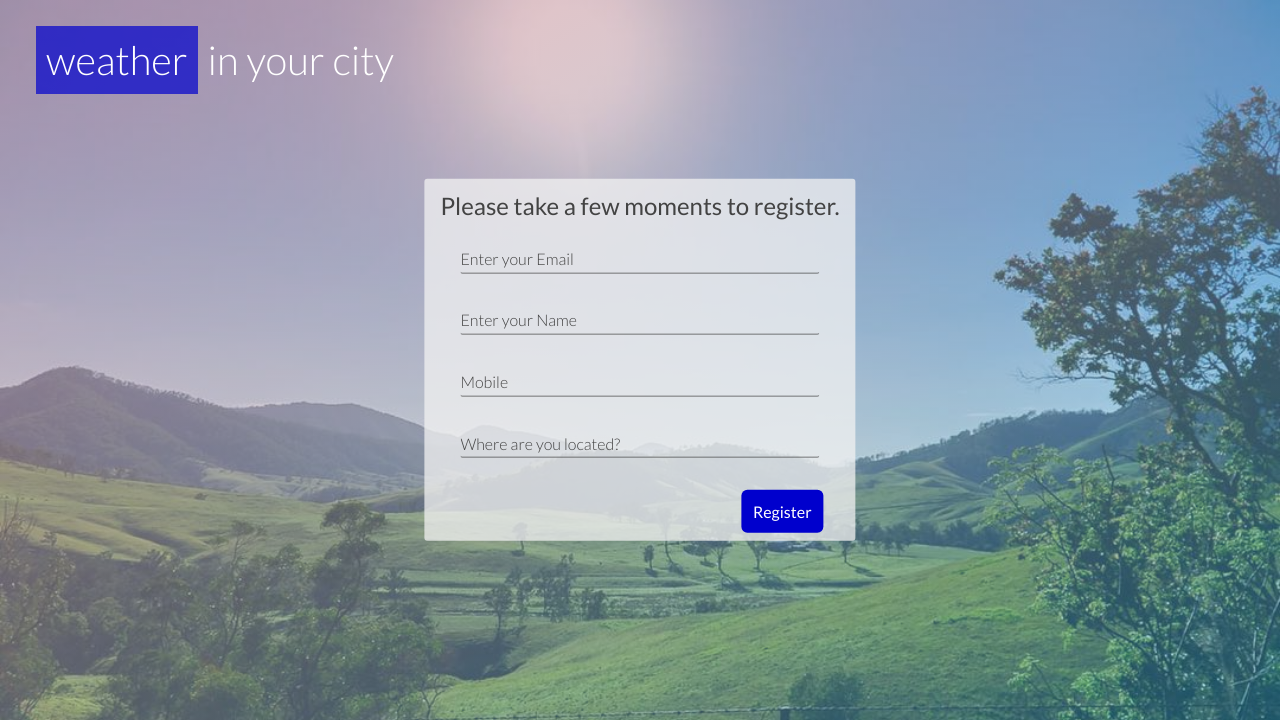
Repository: nosplashurinal/weather-app
Page: /
An editor plug-in stored every save of this project. The page is shown before and after the next save, followed by the edit.
The browser window is 1280 px wide. The pictures show the whole page.
The project was rebuilt for these pictures with package versions that can differ from the ones it lists, and the page was loaded fresh each time. Also part of the build but not shown: src/components/RecentSearches.vue, src/components/Search.vue, src/components/WeatherDataBlock.vue, src/components/Login.vue.

Above is the page before, as saved 2018-12-31 18:20:08.

### public/index.html
<!DOCTYPE html>
<html lang="en">

<head>
	<meta charset="utf-8">
	<meta http-equiv="X-UA-Compatible" content="IE=edge">
	<meta name="viewport" content="width=device-width,initial-scale=1.0">
	<link rel="icon" href="<%= BASE_URL %>favicon.ico">
	<link href="https://fonts.googleapis.com/css?family=Lato:300,400" rel="stylesheet">
	<title>weather-app</title>
</head>

<body>
	<noscript>
		<strong>We're sorry but weather-app doesn't work properly without JavaScript enabled. Please enable it to continue.</strong>
	</noscript>
	<div id="app"></div>
	<!-- built files will be auto injected -->
</body>

</html>

### src/App.vue
<template>
  <div class="root-container">
    <div class="bg" v-bind:style="{backgroundImage: `url(${bg})`}"></div>
    <div class="overlay"></div>
    <div class="title">
      <span>weather</span>
      <span>in your city</span>
    </div>
    <Login v-bind:isLoginError="isLoginError" v-if="!loginSuccess && !showRegistration" v-on:on-login="attemptLogin" v-on:open-registration="showRegistration = true" />
    <Registration v-if="showRegistration" v-on:on-success="showRegistration = false" />
    <div v-if="loginSuccess" class="search-container" v-bind:class="{resultActive: showResults}">
      <Search
        v-bind:message="message"
        v-bind:showLoading="isLoadingResults"
        v-bind:isError="isError"
        v-on:on-key-press="onClickSearch"
        v-on:on-change="onInputChange"
      />
      <transition name="ease">
        <div class="results-container" v-if="showResults">
          <WeatherDataBlock v-bind:weatherData="weatherData"/>
        </div>
      </transition>
    </div>
  </div>
</template>

<script>
import Search from "./components/Search.vue";
import WeatherDataBlock from "./components/WeatherDataBlock.vue";
import Login from "./components/Login.vue";
import Registration from "./components/Registration.vue";
import axios from "axios";

export default {
  name: "app",
  components: {
    Search,
    WeatherDataBlock,
    Login,
    Registration
  },
  data() {
    return {
      currentQueryValue: null,
      results: [],
      showResults: false,
      address: null,
      isError: false,
      message: null,
      searchQuery: null,
      isLoadingResults: false,
      units: "metric",
      weatherData: undefined,
      bg: "/images/bg.jpg",
      weatherBg: null,
      screenWidth: window.innerWidth,
      screenHeight: window.innerHeight,
      showRegistration: false,
      loginSuccess: false,
      isLoginError: false
    };
  },
  created: function() {
    if (!JSON.parse(window.localStorage.getItem("user"))) {
      this.showRegistration = true;
    }
  },
  mounted: function() {
    if (JSON.parse(window.localStorage.getItem("searches"))) {
      this.validateRecentSearches();
    }
  },
  watch: {
    async searchQuery(newQuery) {
      let storedWeatherData;
      this.showResults = false;

      // Check if anything is saved in localStorage
      if (window.localStorage.getItem("searches")) {
        // Now, check if the current query matches anything in localStorage
        storedWeatherData = this.getFromLocalStorage(newQuery);
      } else {
        // Create an empty object in localStorage
        window.localStorage.setItem("searches", null);
      }
      if (storedWeatherData) {
        this.isLoadingResults = true;
        // Translate localStorage data into the format needed to display the data
        setTimeout(
          () =>
            (this.weatherData = this.parseStoredWeatherData(
              storedWeatherData.result
            )),
          0.0001
        );
      } else {
        this.isLoadingResults = true;
        try {
          let weatherData = await this.fetchWeatherDataForCity(
            this.searchQuery
          );
          const formattedData = this.parseApiResponse(newQuery, weatherData);
          this.pushDataToLocalStorage(formattedData);
          this.weatherData = formattedData.result;
        } catch {
          this.isLoadingResults = false;
          this.isError = true;
        }
      }
    },
    weatherData() {
      this.isLoadingResults = false;
      this.showResults = true;
      this.changeBackgroundImage();
    }
  },
  methods: {
    async validateRecentSearches() {
      let storedData = window.localStorage.getItem("searches");
      let storedDataObject = JSON.parse(storedData);
      let promiseArray = [];
      let newDataObject = [];
      storedDataObject.forEach(({ result }) => {
        promiseArray.push(this.fetchWeatherDataForCity(result.name));
      });
      let responseArray = await Promise.all(promiseArray);
      responseArray.forEach((data, index) => {
        const formattedData = this.parseApiResponse(
          storedDataObject[index].query,
          data
        );
        newDataObject.push(formattedData);
      });
      window.localStorage.setItem("searches", JSON.stringify(newDataObject));
    },
    timeDifferenceBetwenNowAndDate(d) {
      const date = new Date(d * 1000);
      const now = new Date();
      return (now.getTime() - date.getTime()) / (1000 * 60);
    },
    attemptLogin(e) {
      const user = window.localStorage.getItem("user");
      if (user === e) {
        this.loginSuccess = true;
      } else {
        this.isLoginError = true;
      }
    },
    onInputChange() {
      if (this.isError) this.isError = false;
    },
    pushDataToLocalStorage(newDataItem) {
      let storedData = window.localStorage.getItem("searches");
      let storedDataObject = JSON.parse(storedData);
      let newDataObject = [];
      if (storedDataObject) {
        newDataObject = [...storedDataObject, newDataItem];
      } else {
        newDataObject.push(newDataItem);
      }
      window.localStorage.setItem("searches", JSON.stringify(newDataObject));
    },
    parseApiResponse(query, data) {
      return {
        query,
        result: {
          id: data.sys.id,
          temp: data.main.temp,
          name: data.name,
          country: data.sys.country,
          icon: data.weather[0].icon,
          description: data.weather[0].description,
          date: data.dt,
          humidity: data.wind.speed,
          wind: data.main.humidity
        }
      };
    },
    parseStoredWeatherData(data) {
      return {
        name: data.name,
        country: data.country,
        humidity: data.humidity,
        temp: data.temp,
        wind: data.wind,
        icon: data.icon,
        description: data.description,
        date: data.date
      };
    },
    getFromLocalStorage(i) {
      const localStorage = window.localStorage;
      const searchObject = JSON.parse(localStorage.getItem("searches"));
      if (searchObject) {
        return searchObject.find(item => item.query === i);
      } else {
        return null;
      }
    },
    onClickSearch(e) {
      this.searchQuery = e;
    },
    fetchWeatherDataForCity(city) {
      return new Promise((resolve, reject) => {
        axios
          .get(
            `http://api.openweathermap.org/data/2.5/weather?q=${city}&APPID=7c519880689160b16f5d233f16f2868d${
              this.units === "metric" ? "&units=metric" : ""
            }`
          )
          .then(response => {
            if (response.status === 404) {
              reject(response.err);
            } else {
              resolve(response.data);
            }
          })
          .catch(() => {
            this.isError = true;
            this.isLoadingResults = false;
            return;
          });
      });
    },
    changeBackgroundImage() {
      var newImg = new Image();
      newImg.onload = () => (this.bg = newImg.src);
      newImg.src = `https://loremflickr.com/1920/1080/${
        this.weatherData.description
      }`;
    }
  }
};
</script>

<style lang="scss" src="@/styles/app.scss">
</style>

### src/styles/app.scss
@import "./global.scss";
@import "./constants.scss";

.root-container {
  width: 100%;
  height: auto;
  overflow-y: scroll;
  overflow-x: hidden;
  font-size: 16px;
}
.bg {
  position: absolute;
  background-repeat: no-repeat;
  background-size: cover;
  background-position: center;
  -webkit-transition: background-image 500ms ease-in-out;
  transition: background-image 500ms ease-in-out;
  width: 100%;
  height: 100%;
}
.overlay {
  position: absolute;
  width: 100%;
  height: 100%;
  background-image: linear-gradient(
    to bottom right,
    rgba(230, 154, 154, 0.65),
    rgba(44, 181, 232, 0.4)
  );
}
.title {
  position: absolute;
  top: 36px;
  left: 36px;
  width: auto;
  height: auto;
  text-align: center;
  font-size: 2.5em;
  color: #fff;
  font-family: $font-primary;
  font-weight: 100;
  > span {
    padding: 0.25em;
    &:nth-child(1) {
      background-color: rgba($blue, 0.7);
    }
  }
}
.search-container {
  position: absolute;
  top: 50%;
  transform: translate(-50%, -50%);
  left: 50%;
  .results-container {
    margin-top: 4em;
    z-index: 9;
  }
}
.ease-enter-active,
.ease-leave-active {
  transition: all 900ms cubic-bezier(0, 0.57, 0.01, 0.97);
}
.ease-enter, .ease-leave-to /* .fade-leave-active below version 2.1.8 */ {
  opacity: 0;
  transform: scale(0.9) translate(0, 50px);
}
.slide-enter-active, .slide-leave-active {
  transition: opacity 350ms ease-in-out;
}
.slide-enter /* .fade-leave-active below version 2.1.8 */ {
  opacity: 0;
}

### src/styles/global.scss
html, body {
	position: relative;
	width: 100%;
	height: 100%;
}

body {
	color: #333;
	margin: 0;
	padding: 0;
	box-sizing: border-box;
	font-family: -apple-system, BlinkMacSystemFont, "Segoe UI", Roboto, Oxygen-Sans, Ubuntu, Cantarell, "Helvetica Neue", sans-serif;
}

a {
	color: rgb(0,100,200);
	text-decoration: none;
}

a:hover {
	text-decoration: underline;
}

a:visited {
	color: rgb(0,80,160);
}

label {
	display: block;
}

input, button, select, textarea {
	font-family: inherit;
	font-size: inherit;
	padding: 0.4em;
	margin: 0 0 0.5em 0;
	box-sizing: border-box;
	border: 1px solid #ccc;
	border-radius: 2px;
}

input:disabled {
	color: #ccc;
}

button {
	background-color: #f4f4f4;
	outline: none;
}

button:active {
	background-color: #ddd;
}

button:focus {
	border-color: #666;
}

p {
	margin: 0;
	padding: 0;
}

ul {
	list-style: none;
}
input:focus {
	outline: 0;
}
button {
	border: 0;
}

### src/styles/constants.scss
$blue: rgb(0, 0, 205);
$font-primary: "Lato", sans-serif;

### src/components/Registration.vue
<template>
  <div class="registration">
    <p>Please take a few moments to register.</p>
    <div class="fields-container">
      <input
        placeholder="Enter your Email"
        autofocus
        autocomplete="off"
        type="email"
        name="email"
        class="email"
        id="email"
        v-model="email"
      >
      <input
        placeholder="Enter your Name"
        autofocus
        autocomplete="off"
        type="text"
        name="name"
        class="name"
        id="name"
        v-model="name"
      >
      <input
        placeholder="Mobile"
        autofocus
        autocomplete="off"
        type="phone"
        name="mobile"
        class="mobile"
        id="mobile"
        v-model="mobile"
      >
      <input
        placeholder="Where are you located?"
        autofocus
        autocomplete="off"
        type="text"
        name="location"
        class="location"
        id="location"
        v-model="location"
      >
    </div>
    <button type="button" class="next" v-on:click="onRegister">Register</button>
  </div>
</template>
<script>
export default {
  name: "Registration",
  data() {
    return {
      email: null,
      name: null,
      mobile: null,
      location: null
    };
  },
  methods: {
    onRegister() {
      const { email, name, mobile, location } = this;
      const userObject = {
        email,
        name,
        mobile,
        location
      };
      window.localStorage.setItem("user", JSON.stringify(userObject));
      this.$emit("on-success");
    }
  }
};
</script>
<style lang="scss" src="@/styles/registration.scss">
</style>

### src/styles/registration.scss
@import "./constants.scss";

.registration {
  position: absolute;
  top: 50%;
  transform: translate(-50%, -50%);
  left: 50%;
  background: rgba(#f2f2f2, 0.75);
  border-radius: 3px;
  font-family: "Lato", sans-serif;
  padding: 0 1em;
  p {
    color: #434343;
    position: relative;
    font-size: 1.5em;
    padding: 0.5em 0;
    margin-bottom: 0.5em;
  }
  .fields-container {
    position: relative;
    padding: 0 1.25em;
    ::-webkit-input-placeholder { /* Chrome/Opera/Safari */
      color: #434343;
    }
    ::-moz-placeholder { /* Firefox 19+ */
      color: #434343;
    }
    input {
      color: #434343;
      background: transparent;
      border: 0;
      display: block;
      border-bottom: 1px solid #434343;
      font-size: 1em;
      font-weight: 300;
      margin: 0;
      width: 100%;
      height: auto;
      padding: 0;
      padding: 0.3em 0;
      margin-bottom: 2em;
      &::focus {
        background: transparent;
        border: 0;
        border-bottom: 1px solid #434343;
        outline: none;
        box-shadow: none;
      }
    }
  }
  .next {
    background: $blue;
    color: #fff;
    padding: 0.75em;
    margin-right: 1em;
    border-radius: 6px;
    cursor: pointer;
    float: right;
  }
}

Loaded but not shown: src/main.js (common file)

After the next save:
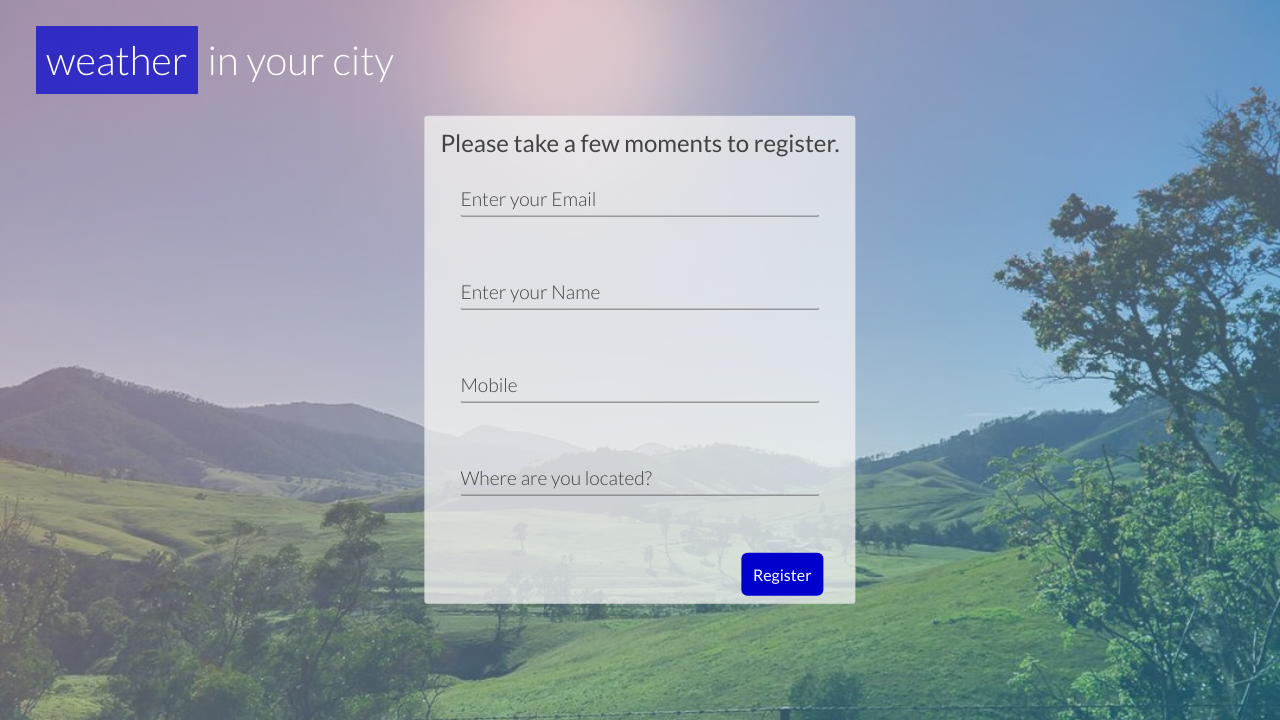
Saved 12 s later.
--- a/src/styles/registration.scss
+++ b/src/styles/registration.scss
@@ -31,14 +31,14 @@
       border: 0;
       display: block;
       border-bottom: 1px solid #434343;
-      font-size: 1em;
+      font-size: 1.2em;
       font-weight: 300;
       margin: 0;
       width: 100%;
       height: auto;
       padding: 0;
       padding: 0.3em 0;
-      margin-bottom: 2em;
+      margin-bottom: 3em;
       &::focus {
         background: transparent;
         border: 0;
